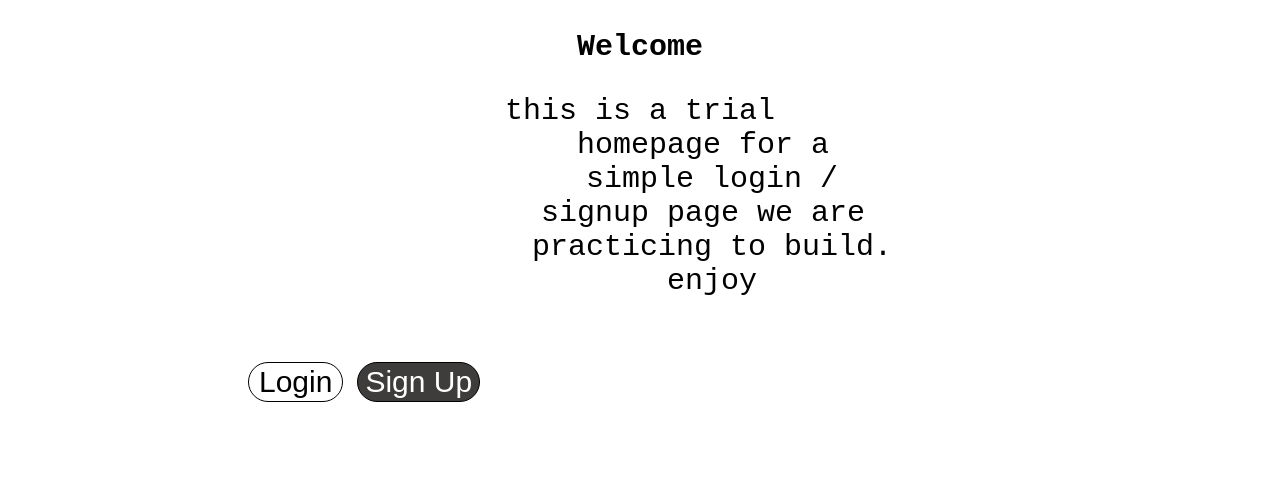
Repository: yhung004/TUTORIAL_PAGE
Page: home.html
The author's editor kept a copy of each file at every save. The page is drawn from the files as they stood at one save, then again after the next save.
The browser window is 1280 px wide. The pictures show the whole page.

Above is the page before, as saved 2024-04-10 01:53:06.

After the next save:
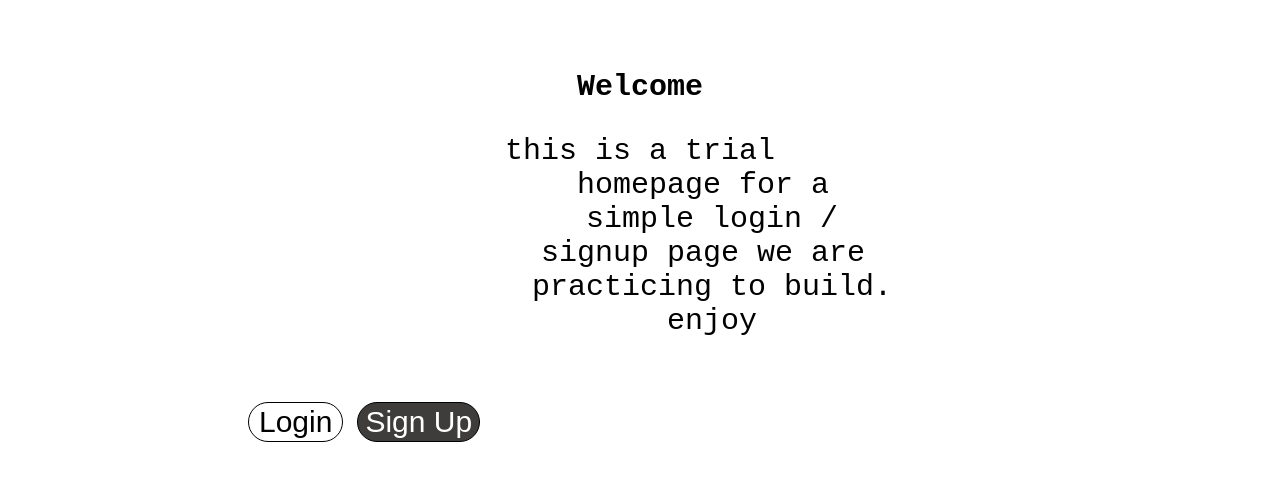
Saved 52 s later.
--- a/main.css
+++ b/main.css
@@ -2,7 +2,7 @@
     text-align: center;
     font-family: 'Courier New', Courier, monospace;
     font-size: 30px;
-    margin-top: 40;
+    margin-top: 70px;
 }
 .welcome_text {
     text-align:center;
